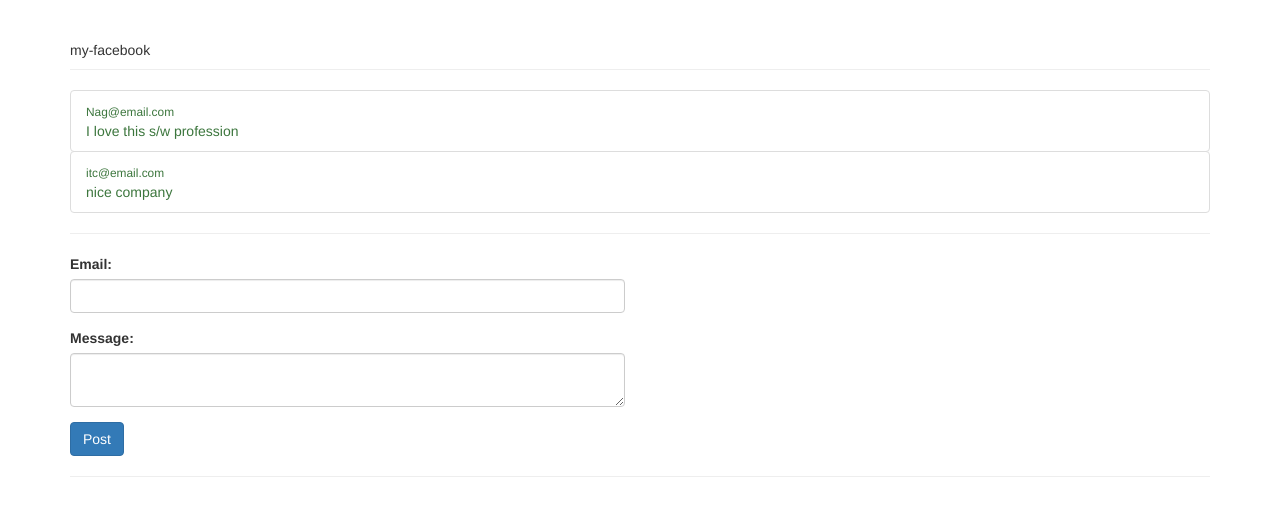
Repository: nagabhushanamn/itc-batch
Page: new/my-facebook/WebContent/index.html
The author's editor kept a copy of each file at every save. The page is drawn from the files as they stood at one save, then again after the next save.
The browser window is 1280 px wide. The pictures show the whole page.

Above is the page before, as saved 2017-03-18 10:58:41.

### new/my-facebook/WebContent/index.html
<!DOCTYPE html>
<html>
<head>
<meta charset="UTF-8">
<title>my-facebook</title>
<link href="css/bootstrap.css" rel="stylesheet">
</head>
<body class="container">

	<div class="page-header">my-facebook</div>

	<div class="list-group">
		<div class="alert alert-success list-group-item">
			<small>Nag@email.com</small>
			<p>I love this s/w profession</p>
		</div>
		<div class="alert alert-success list-group-item">
			<small>itc@email.com</small>
			<p>nice company</p>
		</div>
	</div>
	<hr/>

	<div class="row">
		<div class="col-sm-6">
			<form id="post-form">
				<div class="form-group">
					<label>Email:</label>
					<input id="email" class="form-control"/>
				</div>
				<div class="form-group">
					<label>Message:</label>
					<textarea id="message" class="form-control"></textarea>
				</div>
				<button type="submit" class="btn btn-primary">Post</button>
			</form>
		</div>
	</div>
	<hr/>


	<script type="text/javascript" src="jquery-3.2.0.js"></script>
	<script type="text/javascript" src="my-app.js"></script>




</body>
</html>

### new/my-facebook/WebContent/my-app.js
/**
 *
 */


$(document).ready(function(){


	var postForm=$('#post-form');

	postForm.submit(function(e) {

		var emailField=$('#email',this);
		var messageField=$('#message',this);

		var email=emailField.val();
		var message=messageField.val();

		if(email===""){

		}


		e.preventDefault();
	});

});

Loaded but not shown: new/my-facebook/WebContent/css/bootstrap.css (library); new/my-facebook/WebContent/jquery-3.2.0.js (library)

After the next save:
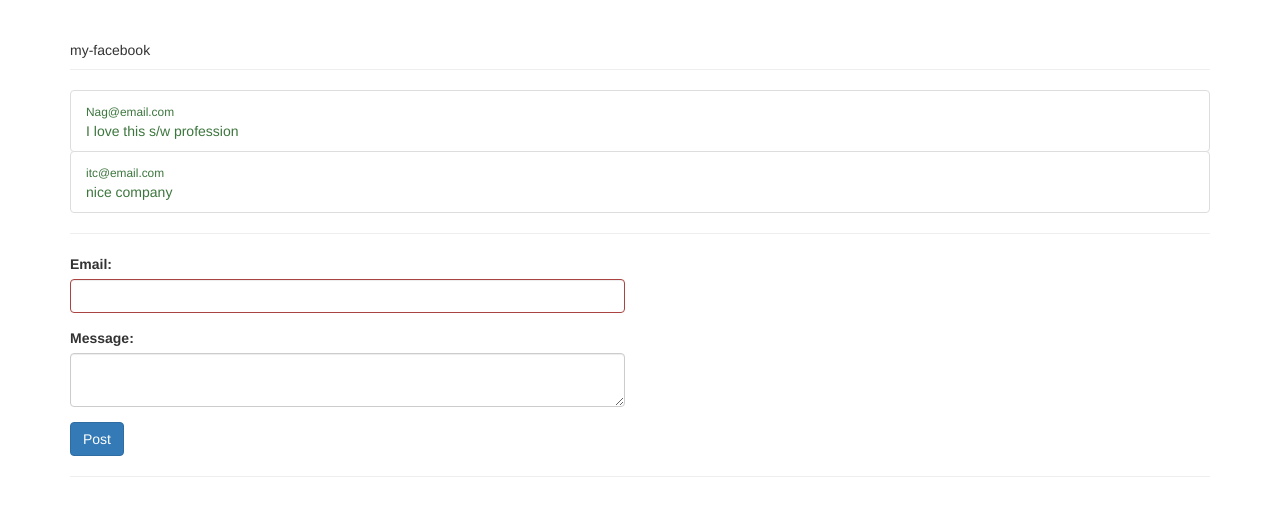
Saved 24 s later.
--- a/new/my-facebook/WebContent/index.html
+++ b/new/my-facebook/WebContent/index.html
@@ -24,7 +24,7 @@
 	<div class="row">
 		<div class="col-sm-6">
 			<form id="post-form">
-				<div class="form-group">
+				<div class="form-group has-error">
 					<label>Email:</label>
 					<input id="email" class="form-control"/>
 				</div>

After the save that followed:
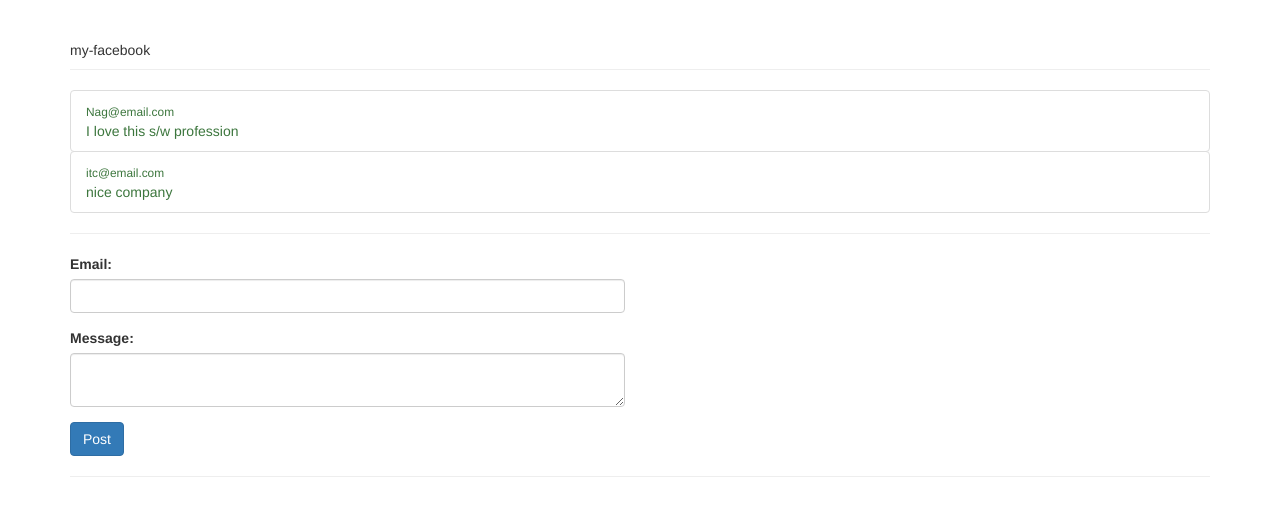
Saved 19 s later.
--- a/new/my-facebook/WebContent/index.html
+++ b/new/my-facebook/WebContent/index.html
@@ -24,7 +24,7 @@
 	<div class="row">
 		<div class="col-sm-6">
 			<form id="post-form">
-				<div class="form-group has-error">
+				<div class="form-group">
 					<label>Email:</label>
 					<input id="email" class="form-control"/>
 				</div>
